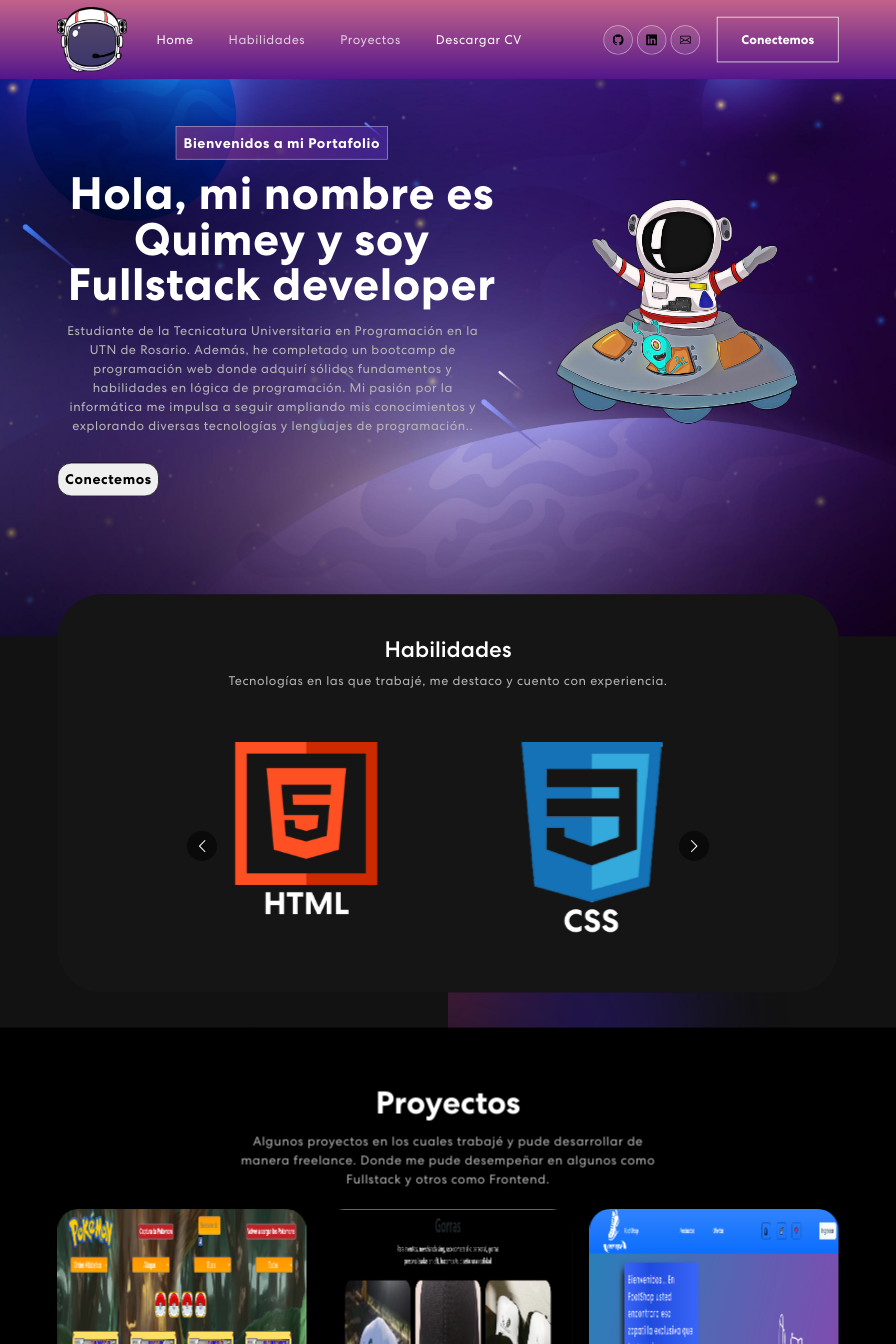
Repository: QuimeyAlejo/Portafolio-V2
Page: /
The author's editor kept a copy of each file at every save. The page is drawn from the files as they stood at one save, then again after the next save.
The browser window is 1280 px wide. The pictures show the part of the page from y = 0 to 1920 px (the page is 3204 px tall), at 70% of full size.
The project was rebuilt for these pictures with package versions that can differ from the ones it lists, and the page was loaded fresh each time. Imported but missing from the stored project, and not drawn on this page: src/components/Curriculum/QuimeyAlejoLopezDeveloper.pdf.

Above is the page before, as saved 2024-04-29 10:54:59.

After the next save:
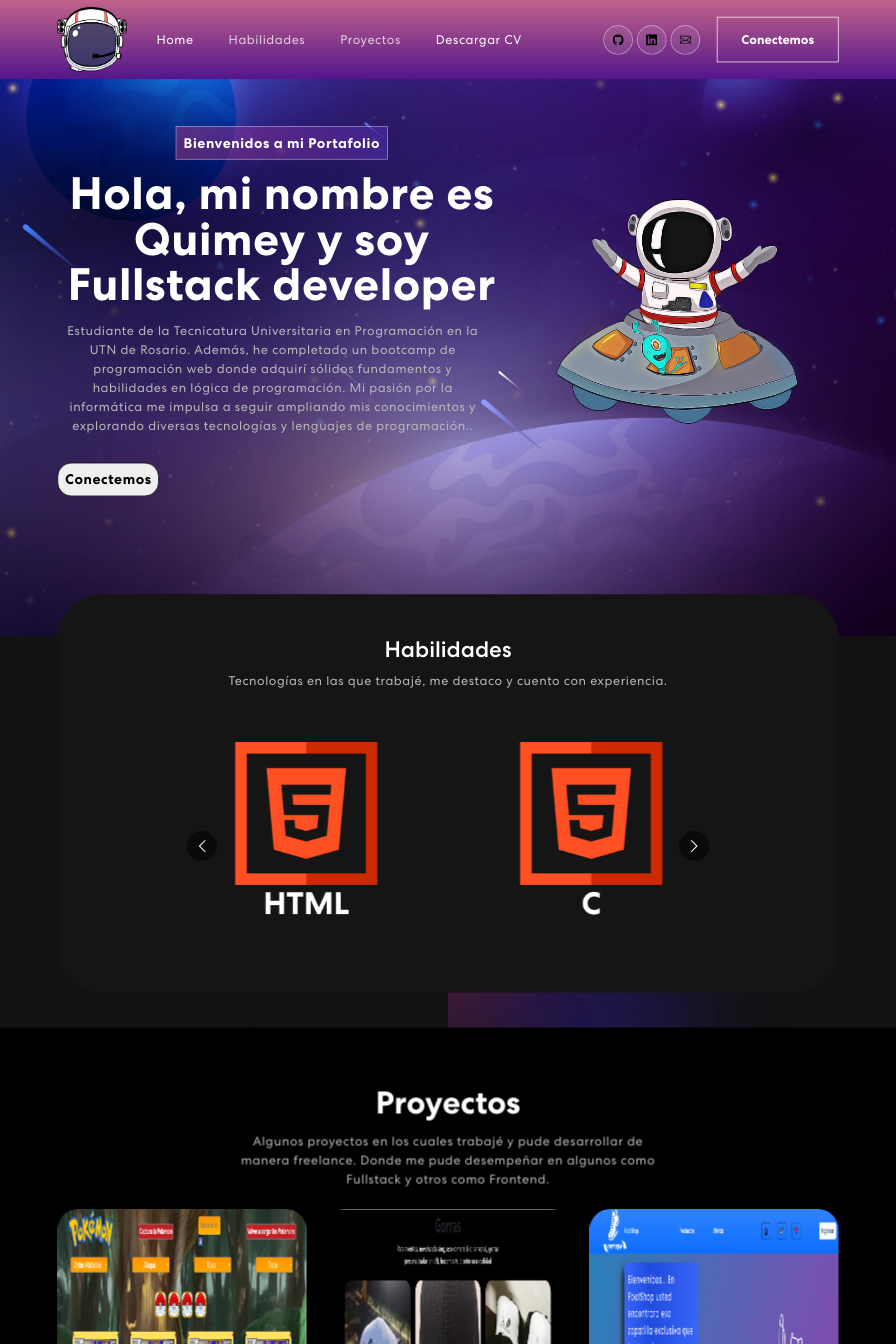
Saved 3 min 52 s later.
--- a/src/components/Skills/Skills.jsx
+++ b/src/components/Skills/Skills.jsx
@@ -13,6 +13,7 @@
 import logopost from '../../assets/img/postgresql.png'
 import logoseq from '../../assets/img/sequelize.png'
 import colorSharp from '../../assets/img/color-sharp.png'
+import logoC from "../../assets/img/C.png"
 
 function Skills() {
     const responsive = {
@@ -48,6 +49,10 @@
                             <div className={styles.image}>
                                 <img className={styles.imgCar} src={logohtml} alt="logo html" />
                                 <h5>HTML</h5>
+                            </div>
+                            <div className={styles.image}>
+                                <img className={styles.imgCar} src={logohtml} alt="logo html" />
+                                <h5>C</h5>
                             </div>
                             <div className={styles.image}>
                                 <img className={styles.imgCar} src={logocss} alt="logo css" />
